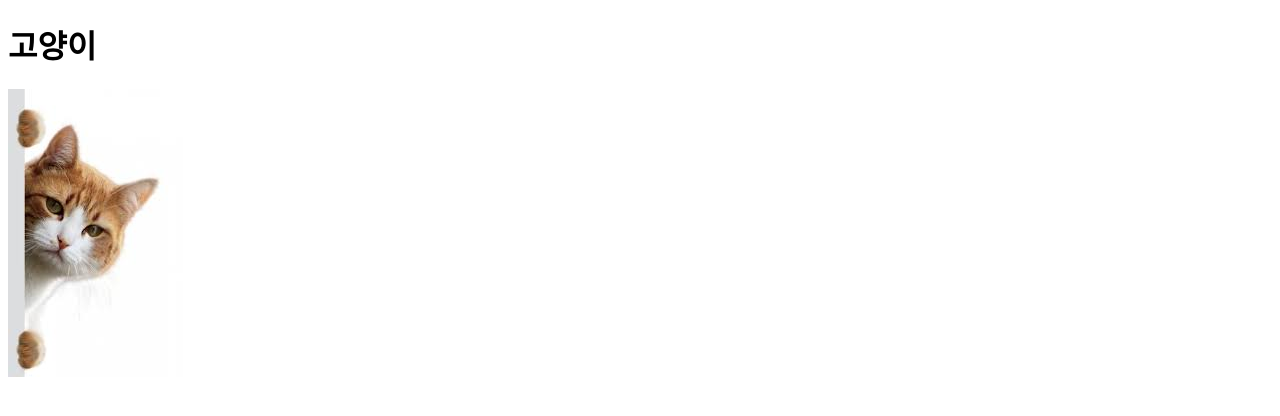
Repository: Chun0903/classStudy_github.io
Page: client/ClientTest/WebContent/ex12_image.html
An editor plug-in stored every save of this project. The page is shown before and after the next save, followed by the edit.
The browser window is 1280 px wide. The pictures show the whole page.

Above is the page before, as saved 2020-06-19 05:29:59.

### client/ClientTest/WebContent/ex12_image.html
<!DOCTYPE html>
<html>
<head>
<meta charset="UTF-8">
<title>Insert title here</title>
</head>
<body>

	<!--

		<img>, Image
		- 이미지를 출력하는 태그
		- 단독 태그
		- 인라인 태그

		img.src 속성
		- 이미지 URL(절대경로 or 상대경로)


	-->
	<h1>고양이</h1>
	<img src="images/고양이2.jpg">

</body>
</html>

After the next save:
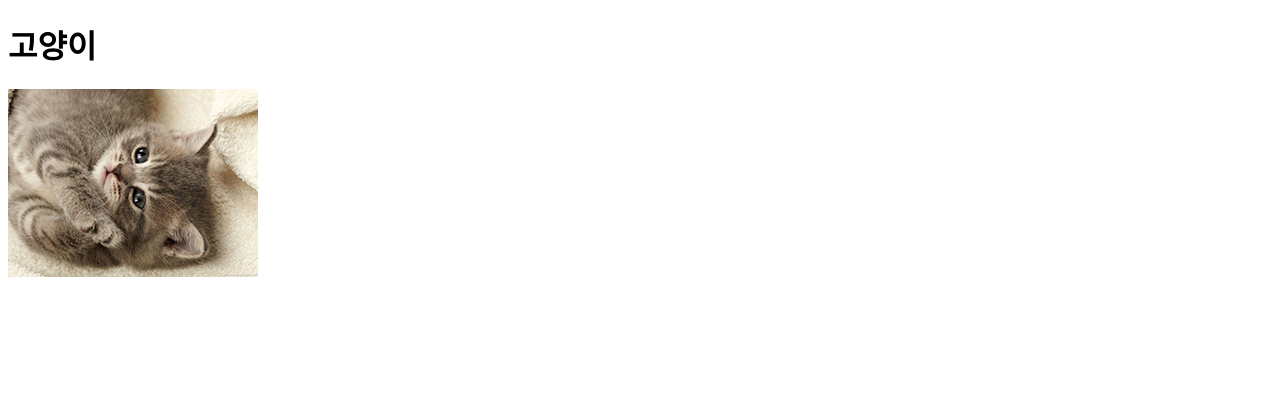
Saved 2 min 40 s later.
--- a/client/ClientTest/WebContent/ex12_image.html
+++ b/client/ClientTest/WebContent/ex12_image.html
@@ -19,7 +19,7 @@
 
 	-->
 	<h1>고양이</h1>
-	<img src="images/고양이2.jpg">
+	<img src="images/cat01.jpg">
 
 </body>
 </html>
